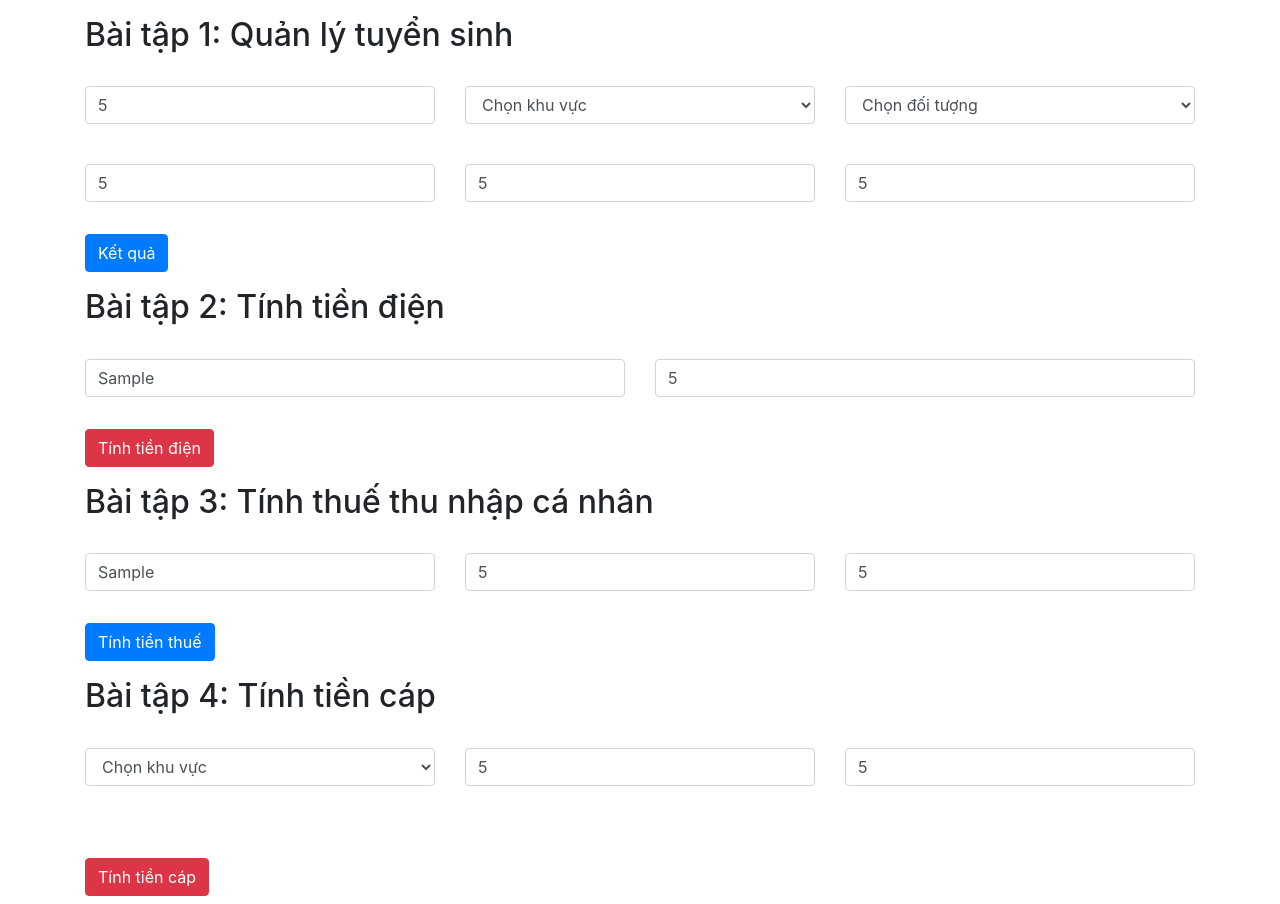
Repository: thanhfrankie/BC10-LeMinhThanh-Js-b5
Page: index.html
These files come from the project's save history. The page is drawn as it stood at one moment and after a run of saves; the edit follows.
The browser window is 1280 px wide. The pictures show the whole page.
Empty fields were first filled with sample values (such as "Sample", 5 or name@example.com).
After loading, the first visible `button[onclick="tinhTienThue()"]` was clicked once.

Above is the page before, as saved 2023-12-24 22:07:36.
Console error: ReferenceError: thuNhapNamthuNhapNam is not defined

After the next 2 saves:
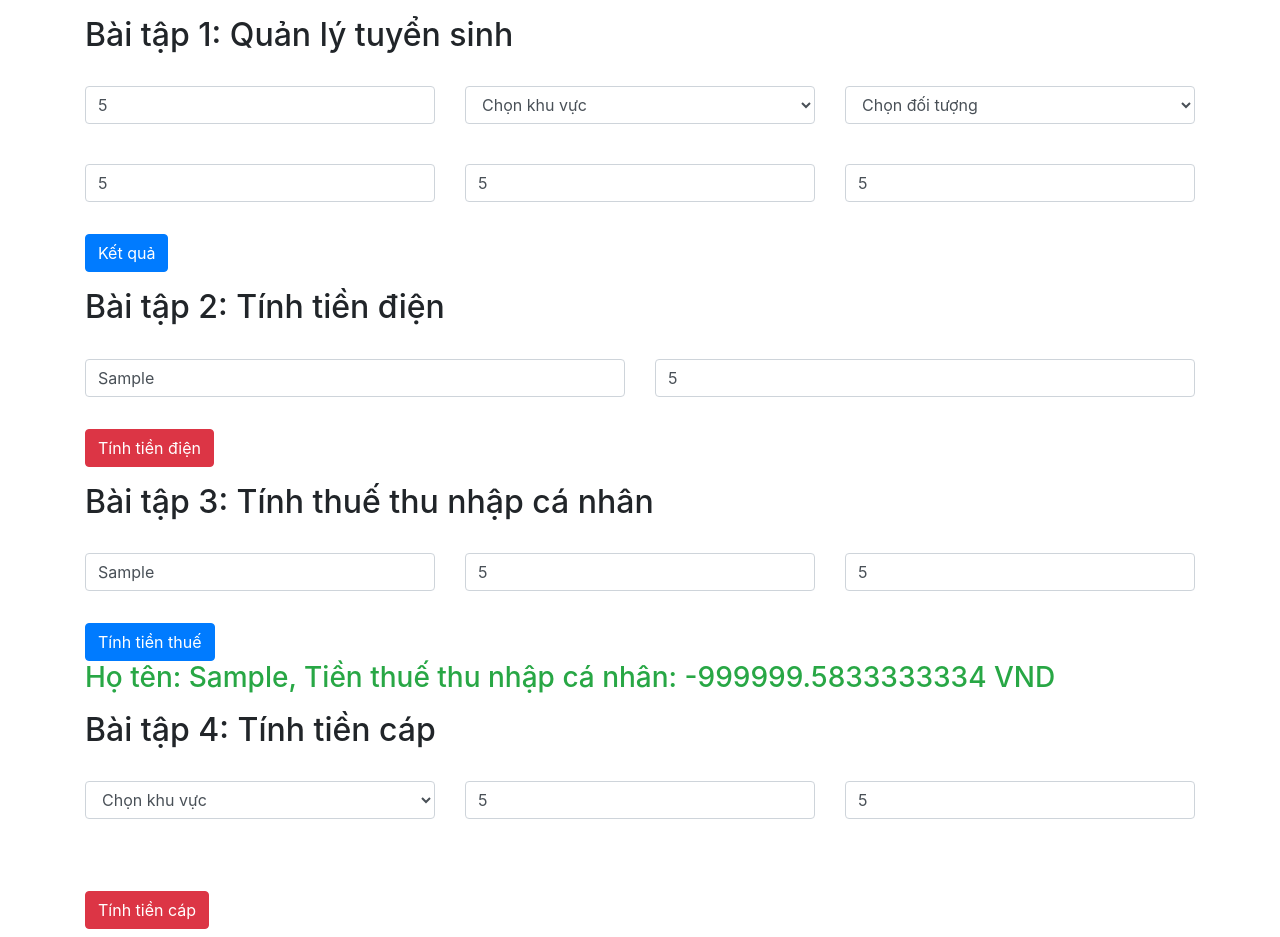
The error is gone.
The 2 saves are shown as one change because they came seconds apart.
The last was saved 11 s later.
--- a/index.js
+++ b/index.js
@@ -174,7 +174,7 @@
   var soNguoiPhuThuoc = document.getElementById("so-nguoi-phu-thuoc").value * 1
   var thuNhapChiuThue = document.getElementById("tinh-tien-thue")
   var tienThuNhapCaNhan = 0
-  if (thuNhapNamthuNhapNam < 60e+6) {
+  if (thuNhapNam > 0 &&thuNhapNam < 60e+6) {
     tienThuNhapCaNhan = (thuNhapNam - 4e+6 - soNguoiPhuThuoc * 1.6e+6)/12
     return thuNhapChiuThue.innerHTML= `Họ tên: ${hoTen}, Tiền thuế thu nhập cá nhân: ${tienThuNhapCaNhan} VND `
   }
